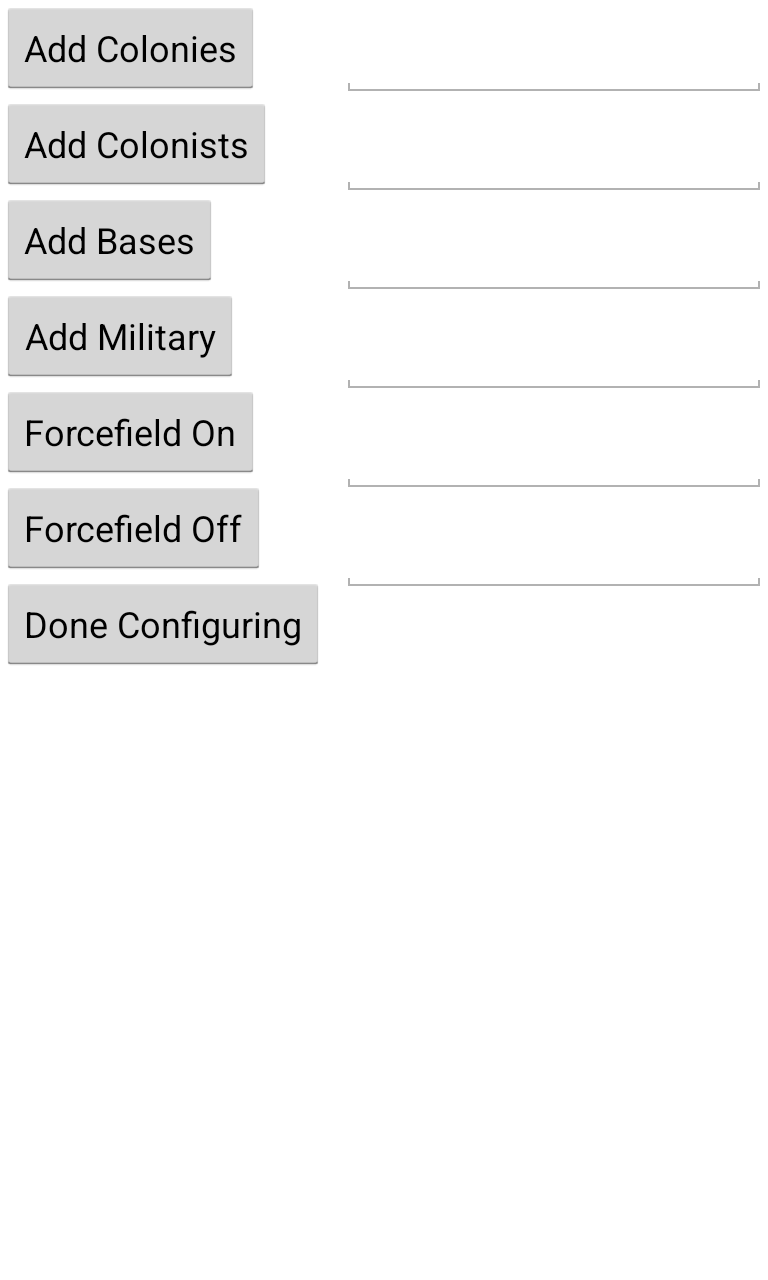
Repository: TimGirouard/tim-hobby-bucket
Layout: Android_Work/workspace/Hello_World/res/layout/activity_config.xml
An editor plug-in stored every save of this project. The layout is shown before and after the next save, followed by the edit.
It is drawn on a 768 x 1280 px phone screen (xhdpi) without system bars, with theme AppTheme; the app's code is not run.

Above is the layout before, as saved 2014-01-17 14:31:53.

### Android_Work/workspace/Hello_World/res/layout/activity_config.xml
<?xml version="1.0" encoding="utf-8"?>
<LinearLayout xmlns:android="http://schemas.android.com/apk/res/android"
    android:layout_width="match_parent"
    android:layout_height="match_parent"
    android:orientation="horizontal" >

    <LinearLayout
    	android:layout_width="170dp"
    	android:layout_height="match_parent"
    	android:orientation="vertical" >
    <Button
        android:id="@+id/coloniesButton"
        android:layout_width="wrap_content"
        android:layout_height="wrap_content"
        android:text="@string/button_name_colonies" />
    <Button
        android:id="@+id/colonistsButton"
        android:layout_width="wrap_content"
        android:layout_height="wrap_content"
        android:text="@string/button_name_colonists" />
    <Button
        android:id="@+id/basesButton"
        android:layout_width="wrap_content"
        android:layout_height="wrap_content"
        android:text="@string/button_name_bases" />
    <Button
        android:id="@+id/militaryButton"
        android:layout_width="wrap_content"
        android:layout_height="wrap_content"
        android:text="@string/button_name_military" />
    <Button
        android:id="@+id/ffonButton"
        android:layout_width="wrap_content"
        android:layout_height="wrap_content"
        android:text="@string/button_name_ffon" />
    <Button
        android:id="@+id/ffoffButton"
        android:layout_width="wrap_content"
        android:layout_height="wrap_content"
        android:text="@string/button_name_ffoff" />
    <Button
        android:id="@+id/doneButton"
        android:layout_width="wrap_content"
        android:layout_height="wrap_content"
        android:text="@string/button_name_done" />
    </LinearLayout>

    <LinearLayout
    	android:layout_width="match_parent"
    	android:layout_height="match_parent"
    	android:orientation="vertical" >
	<EditText android:id="@+id/editTextColonies" android:inputType="number"
	          android:ems="12" android:layout_width="match_parent"
	          android:layout_height="wrap_content" android:layout_marginTop="10dp" />
	<EditText android:id="@+id/editTextColonists" android:inputType="number"
	          android:ems="12" android:layout_width="match_parent"
	          android:layout_height="wrap_content" android:layout_marginTop="10dp" />
	<EditText android:id="@+id/editTextBases" android:inputType="number"
	          android:ems="12" android:layout_width="match_parent"
	          android:layout_height="wrap_content" android:layout_marginTop="10dp" />
	<EditText android:id="@+id/editTextMilitary" android:inputType="number"
	          android:ems="12" android:layout_width="match_parent"
	          android:layout_height="wrap_content" android:layout_marginTop="10dp" />
	<EditText android:id="@+id/editForcefieldOn" android:inputType="text"
	          android:ems="12" android:layout_width="match_parent"
	          android:layout_height="wrap_content" android:layout_marginTop="10dp" />
	<EditText android:id="@+id/editForcefieldOff" android:inputType="text"
	          android:ems="12" android:layout_width="match_parent"
	          android:layout_height="wrap_content" android:layout_marginTop="10dp" />
    </LinearLayout>
</LinearLayout>

### Android_Work/workspace/Hello_World/res/values/strings.xml
<?xml version="1.0" encoding="utf-8"?>
<resources>

    <string name="app_name">Hello_World</string>
    <string name="hello_world">Hello world!</string>
    <string name="add_planet_caption">Click Planet to Add</string>
    <string name="planet_name_label">Planet Name: </string>
	<string name="planet_mass_label">Planet Mass: </string>
	<string name="planet_gravity_label">Planet Gravity: </string>
	<string name="planet_colonies_label">Planet Colonies: </string>
	<string name="planet_population_label">Planet Population: </string>
	<string name="planet_military_label">Planet Military: </string>
	<string name="planet_bases_label">Planet Bases: </string>
	<string name="planet_forcefield_label">Planet Forcefield: </string>
    <string name="menu_add_planet">Add a New Planet</string>
    <string name="menu_config_planet">Configure Planet</string>
    <string name="menu_travel_planet">Travel to Planet</string>
    <string name="menu_attack_planet">Attack on Planet</string>
    <string name="menu_home_planet">Show Home Planet</string>
	<string name="content_desc_earth">Planet Earth</string>
	<string name="content_desc_mars">Planet Mars</string>
	<string name="content_desc_venus">Planet Venus</string>
	<string name="content_desc_jupiter">Planet Jupiter</string>
	<string name="content_desc_saturn">Planet Saturn</string>
	<string name="content_desc_neptune">Planet Neptune</string>
	<string name="button_name_colonies">Add Colonies</string>
	<string name="button_name_colonists">Add Colonists</string>
	<string name="button_name_bases">Add Bases</string>
	<string name="button_name_military">Add Military</string>
	<string name="button_name_ffon">Forcefield On</string>
	<string name="button_name_ffoff">Forcefield Off</string>
	<string name="button_name_done">Done Configuring</string>
	<string name="button_name_return">Return Home</string>
	<string name="button_name_done_add">All Done!</string>
	<string name="content_desc_bomb">Bomb the Planet</string>
	<string name="content_desc_invade">Invade the Planet</string>
	<string name="content_desc_virus">Infect Planet with Virus</string>
	<string name="content_desc_laser">Fire Laser at Planet</string>
	<string name="content_desc_exit">Exit to Home Planet</string>
</resources>

Loaded but not shown: Android_Work/workspace/Hello_World/res/values/styles.xml (common file); Android_Work/workspace/Hello_World/res/values-v11/styles.xml (common file); Android_Work/workspace/Hello_World/res/values-v14/styles.xml (common file)

After the next save:
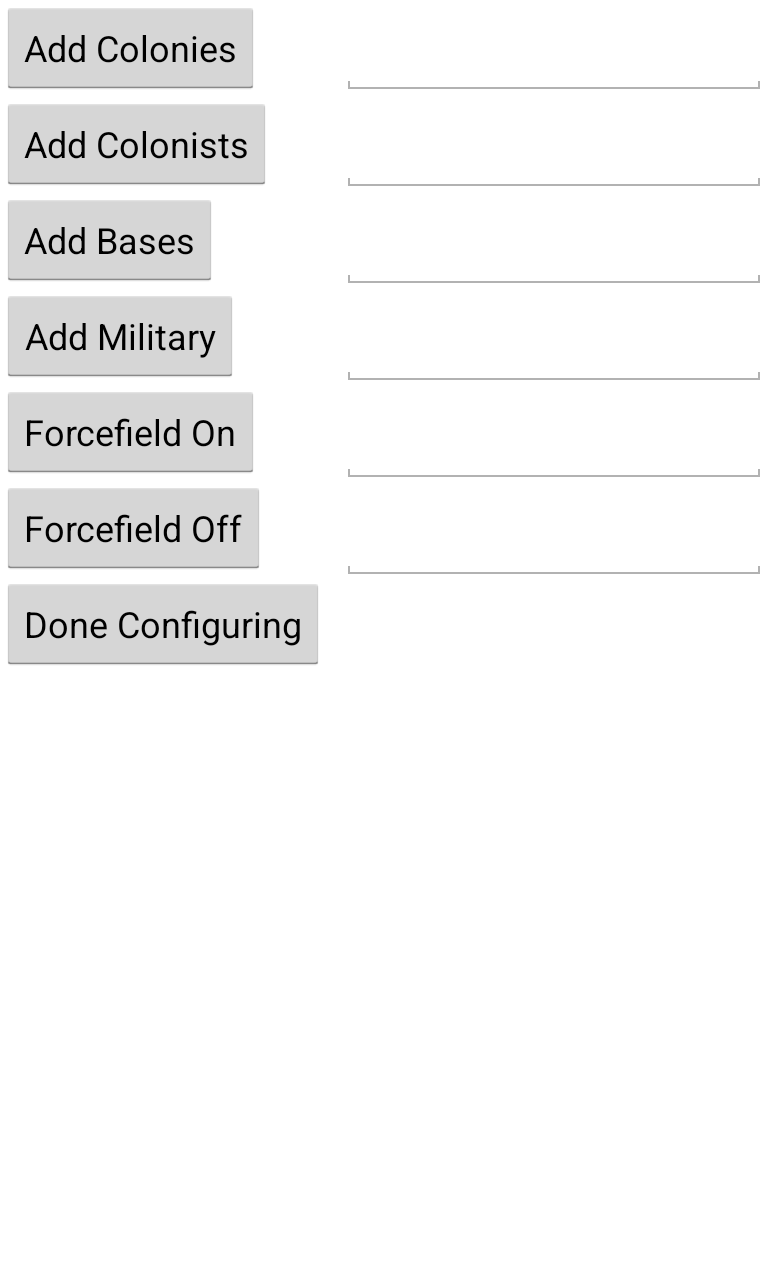
Saved 85 s later.
--- a/Android_Work/workspace/Hello_World/res/layout/activity_config.xml
+++ b/Android_Work/workspace/Hello_World/res/layout/activity_config.xml
@@ -51,21 +51,21 @@
     	android:orientation="vertical" >
 	<EditText android:id="@+id/editTextColonies" android:inputType="number"
 	          android:ems="12" android:layout_width="match_parent"
-	          android:layout_height="wrap_content" android:layout_marginTop="10dp" />
+	          android:layout_height="wrap_content" android:layout_marginTop="9dp" />
 	<EditText android:id="@+id/editTextColonists" android:inputType="number"
 	          android:ems="12" android:layout_width="match_parent"
-	          android:layout_height="wrap_content" android:layout_marginTop="10dp" />
+	          android:layout_height="wrap_content" android:layout_marginTop="9dp" />
 	<EditText android:id="@+id/editTextBases" android:inputType="number"
 	          android:ems="12" android:layout_width="match_parent"
-	          android:layout_height="wrap_content" android:layout_marginTop="10dp" />
+	          android:layout_height="wrap_content" android:layout_marginTop="9dp" />
 	<EditText android:id="@+id/editTextMilitary" android:inputType="number"
 	          android:ems="12" android:layout_width="match_parent"
-	          android:layout_height="wrap_content" android:layout_marginTop="10dp" />
+	          android:layout_height="wrap_content" android:layout_marginTop="9dp" />
 	<EditText android:id="@+id/editForcefieldOn" android:inputType="text"
 	          android:ems="12" android:layout_width="match_parent"
-	          android:layout_height="wrap_content" android:layout_marginTop="10dp" />
+	          android:layout_height="wrap_content" android:layout_marginTop="9dp" />
 	<EditText android:id="@+id/editForcefieldOff" android:inputType="text"
 	          android:ems="12" android:layout_width="match_parent"
-	          android:layout_height="wrap_content" android:layout_marginTop="10dp" />
+	          android:layout_height="wrap_content" android:layout_marginTop="9dp" />
     </LinearLayout>
 </LinearLayout>
